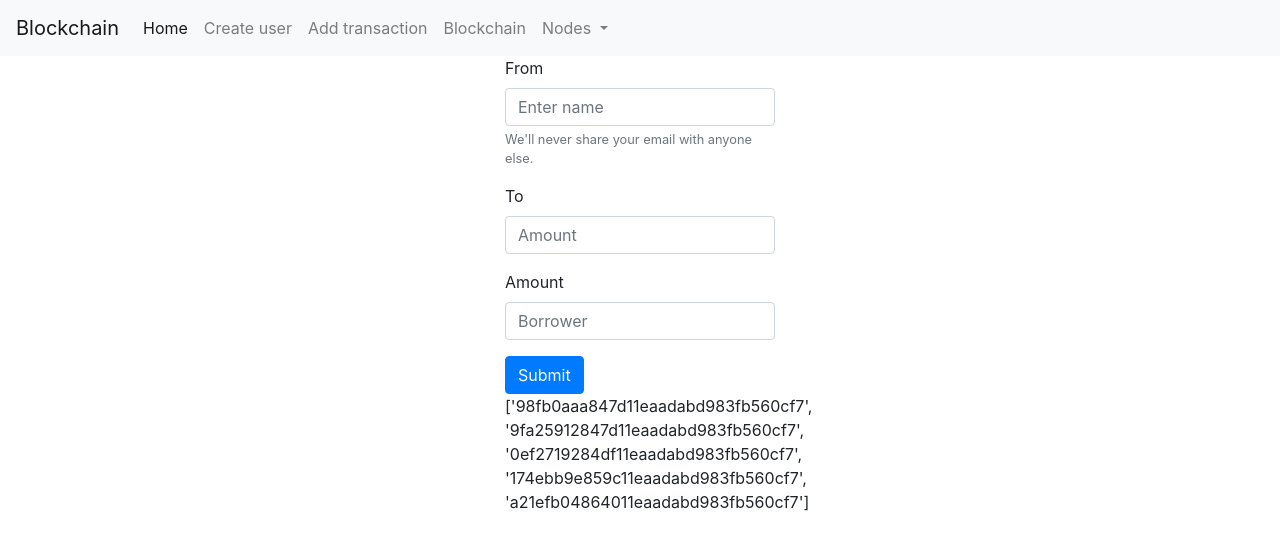
Repository: ivan151/blockchain
Page: http://localhost/transaction/
An editor plug-in stored every save of this project. The page is shown before and after the next save, followed by the edit.
The browser window is 1280 px wide. The pictures show the whole page.
The page is served by the project's application, run on Flask 3 (main.py). Other server files are loaded and not shown. The page reads the database file committed with the project.

Above is the page before, as saved 2020-04-24 12:28:22.

### templates/transactions.html
{% extends 'base.html' %}

{% block transacton %}
<div class="form-box">
<form action-'/transaction' method="POST">
    <div class="form-group">
        <label for="exampleInputEmail1">From</label>
        <input type="text" class="form-control" id="from" aria-describedby="emailHelp" placeholder="Enter name" name="from" >
        <small id="emailHelp" class="form-text text-muted">We'll never share your email with anyone else.</small>
    </div>
    <div class="form-group">
        <label for="exampleInputPassword1">To</label>
        <input type="text" class="form-control" id="to" placeholder="Amount" name="to">
    </div>
    <div class="form-group">
        <label for="exampleInputPassword1">Amount</label>
        <input type="text" class="form-control" id="amount" placeholder="Borrower" name="amount">
    </div>
    <button type="submit" class="btn btn-primary">Submit</button>

</form>
</div>
{{confirm}}
{{keys}}
{% endblock %}

### templates/base.html
<!DOCTYPE html>
<html lang="en">
<head>
    <meta charset="UTF-8">
    <meta name="viewport" content="width=device-width, initial-scale=1.0">
    <link rel="stylesheet" href="{{ url_for('static', filename='css/bootstrap.min.css') }}">
    <link rel="stylesheet" href="{{ url_for('static', filename='css/style.css') }}">


    <title>Document</title>
</head>
<body>
    <nav class="navbar navbar-expand-lg navbar-light bg-light">
        <a class="navbar-brand" href="#">Blockchain</a>
        <button class="navbar-toggler" type="button" data-toggle="collapse" data-target="#navbarNav" aria-controls="navbarNav" aria-expanded="false" aria-label="Toggle navigation">
          <span class="navbar-toggler-icon"></span>
        </button>
        <div class="collapse navbar-collapse" id="navbarNav">
          <ul class="navbar-nav">
            <li class="nav-item active">
              <a class="nav-link" href="{{url_for('index')}}">Home <span class="sr-only">(current)</span></a>
            </li>
            <li class="nav-item">
              <a class="nav-link" href="{{url_for('create_user')}}">Create user</a>
            </li>
            <li class="nav-item">
              <a class="nav-link" href="{{url_for('transaction')}}">Add transaction</a>
            </li>

              <li class="nav-item">
                <a class="nav-link" href="{{url_for('blockchain')}}">Blockchain</a>
              </li>
              <li class="nav-item dropdown">
                <a class="nav-link dropdown-toggle" href="#" id="navbarDropdown" role="button" data-toggle="dropdown" aria-haspopup="true" aria-expanded="false">
                  Nodes
                </a>
                <div class="dropdown-menu" aria-labelledby="navbarDropdown">
                  <a class="dropdown-item" href="/nodes/1/">Node1</a>
                  <a class="dropdown-item" href="/nodes/2/">Node2</a>
                  <a class="dropdown-item" href="/nodes/3/">Node3</a>
                  <a class="dropdown-item" href="/nodes/4/">Node4</a>
                  <a class="dropdown-item" href="/nodes/5/">Node5</a>
                  <a class="dropdown-item" href="/nodes/6/">Node6</a>
                </div>
              </li>
          </ul>
        </div>
      </nav>
    <div class="container my-container">
    {% block content %}{% endblock %}
    {% block transacton %} {% endblock %}
    {% block private %} {% endblock %}
    {% block create %} {% endblock %}
    {% block blockchain %}{% endblock %}
    {% block integrity %}{% endblock %}
    {% block node %}{% endblock %}
    {% block edit %}{% endblock %}
    </div>

    <script src="https://code.jquery.com/jquery-3.3.1.slim.min.js" integrity="sha384-q8i/X+965DzO0rT7abK41JStQIAqVgRVzpbzo5smXKp4YfRvH+8abtTE1Pi6jizo" crossorigin="anonymous"></script>
    <script src="https://cdnjs.cloudflare.com/ajax/libs/popper.js/1.14.7/umd/popper.min.js" integrity="sha384-UO2eT0CpHqdSJQ6hJty5KVphtPhzWj9WO1clHTMGa3JDZwrnQq4sF86dIHNDz0W1" crossorigin="anonymous"></script>
    <script src="https://stackpath.bootstrapcdn.com/bootstrap/4.3.1/js/bootstrap.min.js" integrity="sha384-JjSmVgyd0p3pXB1rRibZUAYoIIy6OrQ6VrjIEaFf/nJGzIxFDsf4x0xIM+B07jRM" crossorigin="anonymous"></script>
</body>
</html>

### main.py
from flask import Flask
from flask import render_template, redirect, request, url_for, session
from flask_sqlalchemy import SQLAlchemy
from functions import node_dirs, write_block, write_block_to_nodes, change_block, get_hash, int_and_sort, create_key
from functions import blockchain_dir, nodes_route
import random
import uuid
import json
import os
import hashlib

app = Flask(__name__)
app.config['SQLALCHEMY_DATABASE_URI'] = 'sqlite:///mydb.db'
app.config['SECRET_KEY'] = '3d6f45a5fc12445dbac2f59c3b6c7cb1'
db = SQLAlchemy(app)

SQLALCHEMY_TRACK_MODIFICATIONS = False


class User(db.Model):
    id = db.Column(db.Integer, primary_key=True)
    name = db.Column(db.String(100), nullable=False)
    public_key = db.Column(db.String(100), nullable=False)
    private_key = db.Column(db.String(100), nullable=False)
    balance = db.Column(db.Integer)

    def __repr__(self):
        return 'User' + str(self.id)


@app.route('/', methods=['GET', 'POST'])
def index():
    if request.method == 'POST':
        name = request.form['name']
        new_user = User(name=name, public_key=create_key(),
                        private_key=create_key(), balance=100)
        db.session.add(new_user)
        db.session.commit()
        return redirect('/')
    else:
        all_users = User.query.order_by(User.id).all()
        return render_template('index.html', users=all_users)


@app.route('/create/')
def create_user():
    if request.method == 'POST':
        name = request.form['name']
        new_user = User(name=name, public_key=create_key(),
                        private_key=create_key(), balance=100)
        db.session.add(new_user)
        db.session.commit()
        return redirect('/create/')
    else:
        all_users = User.query.order_by(User.id).all()
        return render_template('create.html', users=all_users)


@app.route('/transaction/', methods=['GET', 'POST'])
def transaction():
    public_keys = [user.public_key for user in User.query.all()]
    if request.method == 'POST':
        session['sender_public_key'] = request.form['from']
        session['receiver_public_key'] = request.form['to']
        session['amount'] = request.form['amount']
        return redirect(url_for('.private'))
    elif request.method == 'GET':
        return render_template('transactions.html', keys = public_keys)


@app.route('/transaction/private/', methods=['GET', 'POST'])
def private():
    amount = session.get('amount')
    sender_public_key = session.get('sender_public_key')
    receiver_public_key = session.get('receiver_public_key')
    sender = User.query.filter_by(public_key=sender_public_key).first()
    #receiver = User.query.filter_by(public_key=receiver_public_key).first()
    if request.method == 'GET':
        return render_template('private.html', amount=amount,
        from_whom=sender_public_key, to_whom=receiver_public_key,
        sender_private_key=sender.private_key)
    elif request.method == 'POST':
        input_private_key = request.form['private']
        nodes_numbers = []
        for i in range(1, 7):
            nodes_numbers.append(request.form.get(f'node{i}'))
        if input_private_key == sender.private_key:
            if nodes_numbers.count(None) < 3:
                block_data = write_block(from_who=sender_public_key,
                            to_whom=receiver_public_key, amount=amount)
                write_block_to_nodes(from_who=sender_public_key,
                            to_whom=receiver_public_key, amount=amount)
                return render_template('private.html', block = block_data, confirmation='Transaction added to the blockchain!')
            else:
                return render_template('private.html', deny = "Not enough nodes to change the blockchain!")
        else:
            wrong = 'The Private Key is incorrect'
            return render_template('private.html', wrong=wrong)


@app.route('/blockchain/', methods=['GET'])
def blockchain():
    blocks_dict = {}
    files = int_and_sort(os.listdir(blockchain_dir))
    for filename in reversed(files[1:]):
        block = json.load(open(blockchain_dir + str(filename), 'rb'))
        blocks_dict[filename] = block
    return render_template('blockchain.html', blocks=blocks_dict)


@app.route('/integrity/', methods=['GET'])
def check_integrity():
    # get hash of the previous block
    # again count its hash
    # compare results
    blocks_dict = {}
    results = []
    files = int_and_sort(os.listdir(blockchain_dir))
    for filename in reversed(files[1:]):
        block = json.load(open(blockchain_dir + str(filename), 'rb'))
        blocks_dict[filename] = block
        file_hash = block['hash']
        prev_file = str(filename - 1)
        actual_hash = get_hash(prev_file)
        if file_hash == actual_hash:
            result = 'ok'
        else:
            result = 'corrupted'
        results.append({prev_file: result})
    return render_template('integrity.html', results=results)


@app.route('/blockchain/edit/<int:num>', methods=['GET', 'POST'])
def edit(num):
    block_number = num
    files = int_and_sort(os.listdir(blockchain_dir))
    last_file = files[-1]
    blockchain_filename = blockchain_dir + str(num)
    block = json.load(open( blockchain_filename, 'rb'))
    if request.method == 'GET':
        return render_template('edit.html', block=block, number=num, last_file=last_file)
    else:
        nodes_numbers = []
        for i in range(1, 7):
            nodes_numbers.append(request.form.get(f'node{i}'))
        if nodes_numbers.count(None) < 3:
            from_who = request.form['from']
            to_whom = request.form['to']
            amount = request.form['amount']
            new_hash = request.form['hash']
            change_block(block_number, from_who,  to_whom, amount, new_hash)
            return render_template('edit.html', edited='BLOCK IS CHANGED!', number=num, block=block,last_file = last_file)
        else:
            return render_template('edit.html', deny='YOU CANT CHANGE THIS BLOG WITHOUT ACCESS TO ENOUGH NUMBER OF NODES!', number=num, block=block,last_file = last_file)


@app.route('/nodes/<int:i>/')
def node(i):
    n = i
    if n in range(1, len(node_dirs())+1):
        node = nodes_route + str(n) + '/'
        files = int_and_sort(os.listdir(node))
        blocks_dict = {}
        for filename in reversed(files[1:]):
            block = json.load(open(node + str(filename), 'rb'))
            blocks_dict[filename] = block
        return render_template('node.html', blocks=blocks_dict, number=n)





if __name__ == "__main__":
    app.run(debug=True)

### static/css/style.css
.my-container {
  width: 300px;
}

### mydb.db (the tables this page reads, as SQL)
CREATE TABLE user (
	id INTEGER NOT NULL, 
	name VARCHAR(100) NOT NULL, 
	public_key VARCHAR(100) NOT NULL, 
	private_key VARCHAR(100) NOT NULL, 
	balance INTEGER, 
	PRIMARY KEY (id)
);
INSERT INTO "user" VALUES
(1, 'Orange', '98fb0aaa847d11eaadabd983fb560cf7', '98fb0aab847d11eaadabd983fb560cf7', -7190001206),
(2, 'Иван', '9fa25912847d11eaadabd983fb560cf7', '9fa25913847d11eaadabd983fb560cf7', 523334422),
(3, 'Иван', '0ef2719284df11eaadabd983fb560cf7', '0ef2719384df11eaadabd983fb560cf7', 26),
(4, 'Evgeny', '174ebb9e859c11eaadabd983fb560cf7', '174ebb9f859c11eaadabd983fb560cf7', 6666667158),
(5, 'Petr', 'a21efb04864011eaadabd983fb560cf7', 'a21efb05864011eaadabd983fb560cf7', 100);

Loaded but not shown: static/css/bootstrap.min.css (library)

After the next save:
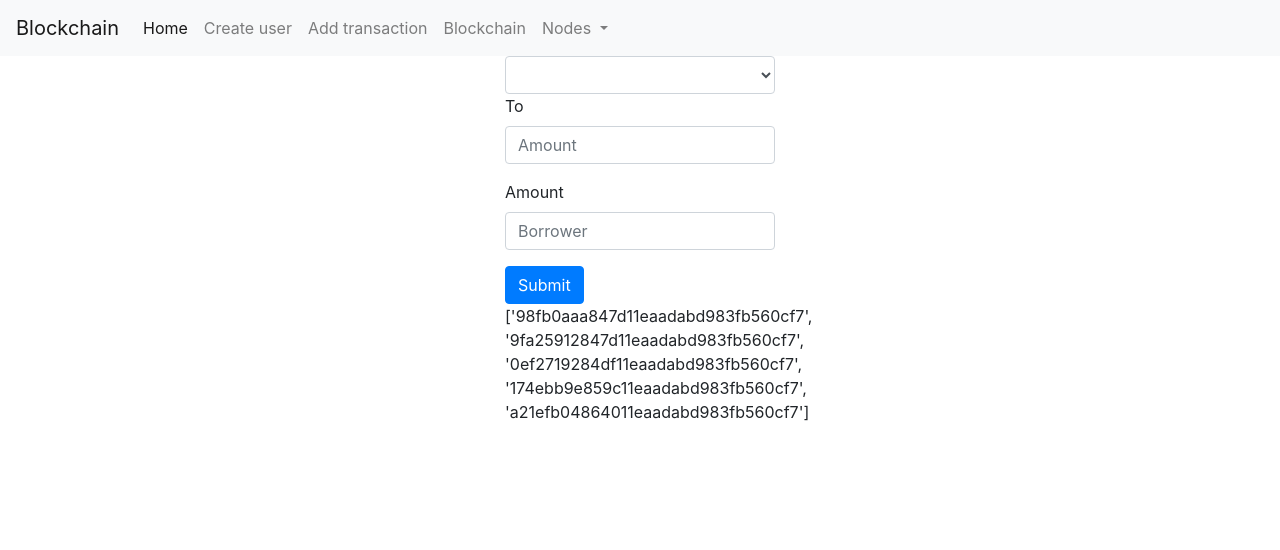
Saved 4 min 21 s later.
--- a/templates/transactions.html
+++ b/templates/transactions.html
@@ -2,23 +2,27 @@
 
 {% block transacton %}
 <div class="form-box">
-<form action-'/transaction' method="POST">
-    <div class="form-group">
-        <label for="exampleInputEmail1">From</label>
-        <input type="text" class="form-control" id="from" aria-describedby="emailHelp" placeholder="Enter name" name="from" >
-        <small id="emailHelp" class="form-text text-muted">We'll never share your email with anyone else.</small>
-    </div>
-    <div class="form-group">
-        <label for="exampleInputPassword1">To</label>
-        <input type="text" class="form-control" id="to" placeholder="Amount" name="to">
-    </div>
-    <div class="form-group">
-        <label for="exampleInputPassword1">Amount</label>
-        <input type="text" class="form-control" id="amount" placeholder="Borrower" name="amount">
-    </div>
-    <button type="submit" class="btn btn-primary">Submit</button>
+    <form action-'/transaction' method="POST">
+        <select class="form-control" id="exampleFormControlSelect1">
 
-</form>
+            <option>
+                {% for user in users %}
+                {{user}}
+                {% endfor %}
+            </option>
+
+        </select>
+        <div class="form-group">
+            <label for="exampleInputPassword1">To</label>
+            <input type="text" class="form-control" id="to" placeholder="Amount" name="to">
+        </div>
+        <div class="form-group">
+            <label for="exampleInputPassword1">Amount</label>
+            <input type="text" class="form-control" id="amount" placeholder="Borrower" name="amount">
+        </div>
+        <button type="submit" class="btn btn-primary">Submit</button>
+
+    </form>
 </div>
 {{confirm}}
 {{keys}}
